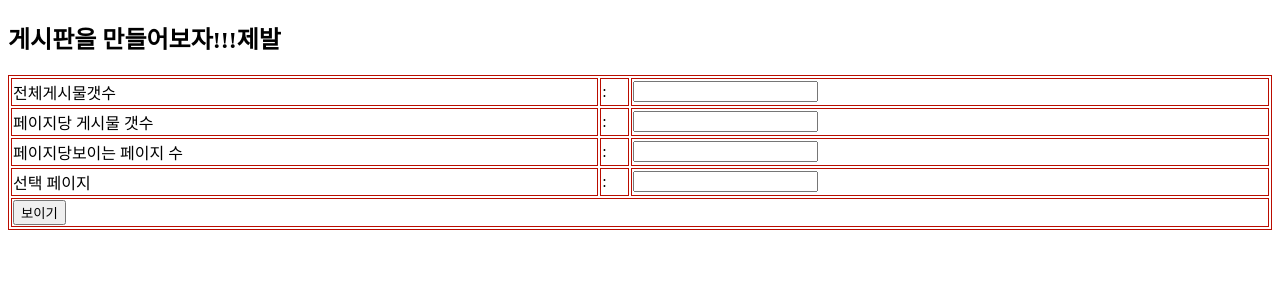
Repository: DrakeJU/eclipse-workspace
Page: Web/WebContent/01/PostBoardIndex.html
These files come from the project's save history. The page is drawn as it stood at one moment and after the next save; the edit follows.
The browser window is 1280 px wide. The pictures show the whole page.

Above is the page before, as saved 2017-10-13 03:45:10.

After the next save:
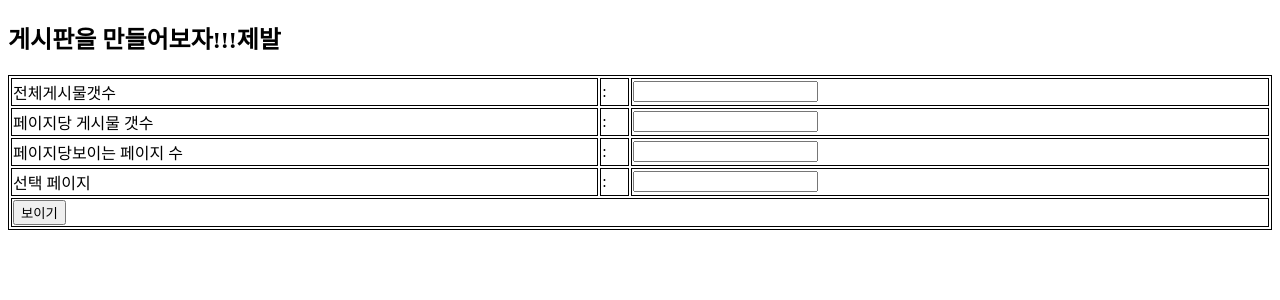
Saved 41 s later.
--- a/Web/WebContent/01/PostBoardIndex.html
+++ b/Web/WebContent/01/PostBoardIndex.html
@@ -7,7 +7,7 @@
 		<body>
 			<h2>게시판을 만들어보자!!!제발</h2>
 				<form action "/blahblah" method = "post">
-				<table border="1" width = "100%" heigth = "500" bordercolor ="balck">
+				<table border="1" width = "100%" heigth = "500" bordercolor ="black">
 					<tr>
 						<td>전체게시물갯수</td> <td>:</td><td><input type="text" name="TotalPost"><br></td>
 					</tr>
